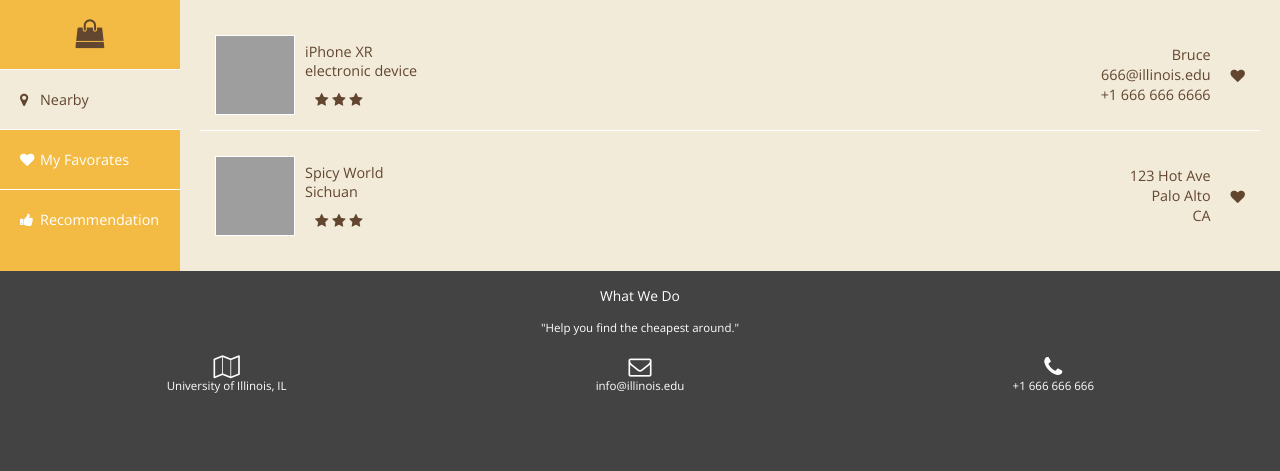
Repository: dongxin2/Online-Flea-Market
Page: workspace/Jupiter/WebContent/index.html
These files come from the project's save history. The page is drawn as it stood at one moment and after the next save; the edit follows.
The browser window is 1280 px wide. The pictures show the part of the page from y = 250 to 721 px (the page is 721 px tall).
Pictures or frames that could not be fetched are drawn as grey boxes. Some icons come from a web library that is not loaded, so they are not drawn. Some web libraries are served in a nearby version.

Above is the page before, as saved 2019-03-23 02:18:31.

### workspace/Jupiter/WebContent/index.html
<!DOCTYPE html>
<html>
<head>
  <link href='https://fonts.googleapis.com/css?family=Open+Sans:400,300,700' rel='stylesheet' type='text/css'>
  <link rel="stylesheet" href="https://maxcdn.bootstrapcdn.com/font-awesome/4.5.0/css/font-awesome.min.css">
  <link rel="stylesheet" href="styles/main.css">
  <title>JS Bin</title>
</head>
<body>
  <header class="top-header">
    <i class="avatar fa fa-user fa-2x"></i>
    <nav class="top-nav">
      <a href="#">Home</a>
      <a href="#">Contact</a>
      <a href="#">About</a>
    </nav>
  </header>
  <section class="container">
    <header>
      <p><span>Online</span> <br/> Flea Market</p>
    </header>
    <div class="main-section">
      <aside>
        <div class="nav-icon">
          <i class="fa fa-shopping-bag fa-2x"></i>
        </div>
        <nav class="main-nav">
          <a href="#" id="nearby-btn" class="main-nav-btn active">
             <i class="fa fa-map-marker"></i>Nearby
          </a>
          <a href="#" id="fav-btn" class="main-nav-btn">
            <i class="fa fa-heart"></i>My Favorates
          </a>
          <a href="#" id="recommend-btn" class="main-nav-btn">
            <i class="fa fa-thumbs-up"></i>Recommendation
          </a>
        </nav>
      </aside>
      <ul class="restaurant-list">
        <li class="restaurant">
          <img alt="restaurant image" src="https://cdn.vox-cdn.com/thumbor/4nOocrwrwul2VZax_BdyHyKkDR4=/0x0:2640x1748/1820x1213/filters:focal(1109x663:1531x1085)/cdn.vox-cdn.com/uploads/chorus_image/image/60675421/twarren_iphonesim_1.1533038365.jpg" />
          <div>
            <a href="#" class="restaurant-name">iPhone XR</a>
            <p class="restaurant-category">electronic device</p>
            <div class="stars">
              <i class="fa fa-star"></i>
              <i class="fa fa-star"></i>
              <i class="fa fa-star"></i>
            </div>
          </div>
          <p class="restaurant-address">Bruce<br/>666@illinois.edu<br/> +1 666 666 6666</p>
          <div class="fav-link">
            <i class="fa fa-heart"></i>
          </div>
        </li>
        <li class="restaurant">
          <img alt="restaurant image" src="https://s3-media4.fl.yelpcdn.com/bphoto/q0qEtWtgmaw0Re4z6dt8uQ/180s.jpg" />
          <div>
            <a href="#" class="restaurant-name">Spicy World</a>
            <p class="restaurant-category">Sichuan</p>
            <div class="stars">
              <i class="fa fa-star"></i>
              <i class="fa fa-star"></i>
              <i class="fa fa-star"></i>
            </div>
          </div>
          <p class="restaurant-address">123 Hot Ave<br/>Palo Alto<br/> CA</p>
          <div class="fav-link">
            <i class="fa fa-heart"></i>
          </div>
        </li>
      </ul>
    </div>
  </section>
    <footer>
    <p class="title">What We Do</p>
    <p>"Help you find the cheapest around."</p>
    <ul>
      <li>
        <p><i class="fa fa-map-o fa-2x"></i></p>
        <p>University of Illinois, IL</p>
      </li>
      <li>
        <p><i class="fa fa-envelope-o fa-2x"></i></p>
        <p>info@illinois.edu</p>
      </li>
      <li>
        <p><i class="fa fa-phone fa-2x"></i></p>
        <p>+1 666 666 666</p>
      </li>
    </ul>
  </footer>
</body>
</html>

### workspace/Jupiter/WebContent/styles/main.css
* {
  box-sizing: border-box;
  margin: 0;
  padding: 0;
}

body {
  background: #434343;
  color: white;
  font-family: 'Open Sans', sans-serif;
  font-weight: 300;
  font-size: 0.9em;
}

ul {
  list-style: none;
}

.top-header {
  width: 100%;
  height: 60px;
  background: #DF574B;
  display: flex;
  align-items: center;
  position: fixed;
  z-index: 1;
  box-shadow: 0px 2px 10px #333;
}

.avatar {
  background-color: white;
  color: #333;
  border-radius: 50%;
  height: 40px;
  margin-left: 20px;
  padding-left: 9px;
  padding-top:5px;
  width: 40px;
}

.top-nav a {
  margin-left: 20px;
  color: #F9F9F9;
  text-decoration: none;
  font-weight: 400;
}

.container > header {
  height: 250px;
  background: url('http://prophoto.com.cy/wp-content/galleries/food/food-restaurant-photographer-cyprus-10.jpg') no-repeat 50% 50%;
  display: flex;
  align-items: center;
  background-size: 100%;
}

.container > header p {
  font-weight: 400;
  font-size: 2em;
  margin-left: 220px;
  border-left: 1px solid white;
  padding-left: 5px;
}

.container > header span {
  color: #FBAF41;
}


.main-section {
  background: #F3BB43;
  //height: 500px; // to be changed
}

.main-section aside {
  float: left;
  width: 180px;
}

.nav-icon {
  color: #624630;
  padding: 20px;
  text-align: center;
}

.main-nav-btn {
  background: none;
  color: white;
  display: block;
  text-decoration: none;
  padding: 20px;
  border-top: 1px solid white;
  text-align: left;
}

.main-nav-btn:hover {
  background: rgba(255, 255, 255, 0.8);
  color: #624630;
}

.main-nav-btn.active {
  background: #F2EBD9;
  color: #624630;
}

.main-nav-btn i{
  width: 20px;
}


.restaurant-list {
  list-style:  none;
  margin-left: 180px;
  min-height:  250px;
  padding:     10px;
  background:  #F2EBD9;
}

.restaurant {
  display: flex;
  align-items: center;
  color: #624630;
  border-bottom: 1px solid white;
  margin: 10px;
  padding: 15px;
}

.restaurant:hover {
  background: rgba(255, 255, 255, 0.8);
}

.restaurant:last-child {
  border: none;
}

.restaurant img {
  border: 1px solid #FFFFFF;
  height: 80px;
  width:  80px;
}

.restaurant div:first-of-type {
  flex: 1;
  margin-left:  10px;
  margin-right: 10px;
}

.restaurant-name {
  color: #624630;
  font-weight:     400;
  text-decoration: none;
}

.restaurant-name:hover {
  text-decoration: underline;
}

.restaurant-address {
  line-height: 20px;
  padding-right: 20px;
  text-align: right;
}

.stars {
  padding-top: 10px;
}

footer {
  background: #434343;
  font-size:  0.8em;
  height:     200px;
  position:   relative;
}

footer p {
  text-align: center;
}

footer p.title {
  font-size: 1.2em;
  padding:   15px;
}

footer ul {
  display: flex;
  align-items: center;
  padding: 20px;
}

footer ul li {
   flex: 1;
}

After the next save:
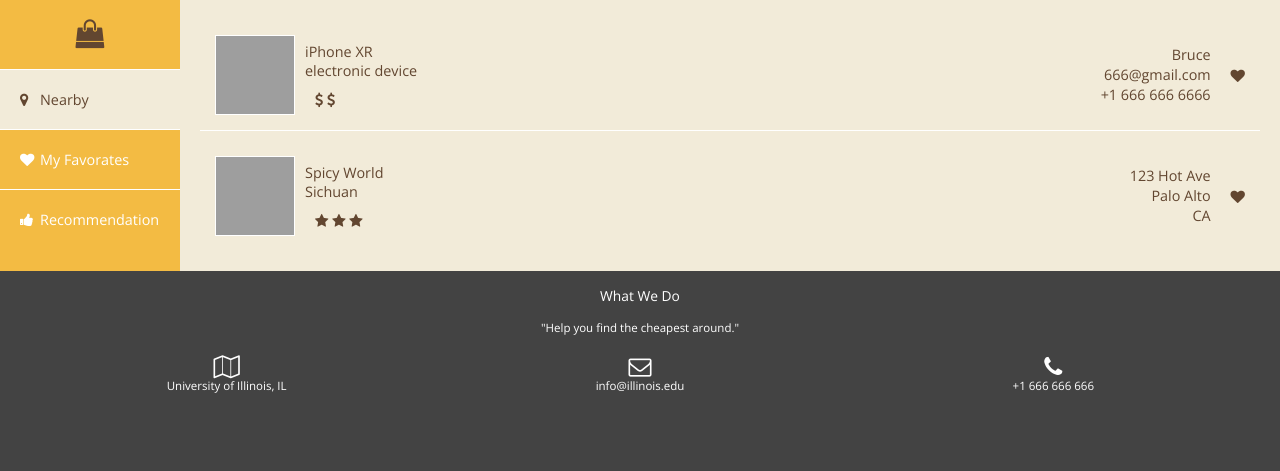
Saved 3 min 33 s later.
--- a/workspace/Jupiter/WebContent/index.html
+++ b/workspace/Jupiter/WebContent/index.html
@@ -43,12 +43,13 @@
             <a href="#" class="restaurant-name">iPhone XR</a>
             <p class="restaurant-category">electronic device</p>
             <div class="stars">
-              <i class="fa fa-star"></i>
-              <i class="fa fa-star"></i>
-              <i class="fa fa-star"></i>
+              <i class="fa fa-usd"></i>
+              <i class="fa fa-usd"></i>
+              <i class="fa fa-usdr"></i>
+              <i class="fa fa-usdr"></i>
             </div>
           </div>
-          <p class="restaurant-address">Bruce<br/>666@illinois.edu<br/> +1 666 666 6666</p>
+          <p class="restaurant-address">Bruce<br/>666@gmail.com<br/> +1 666 666 6666</p>
           <div class="fav-link">
             <i class="fa fa-heart"></i>
           </div>
